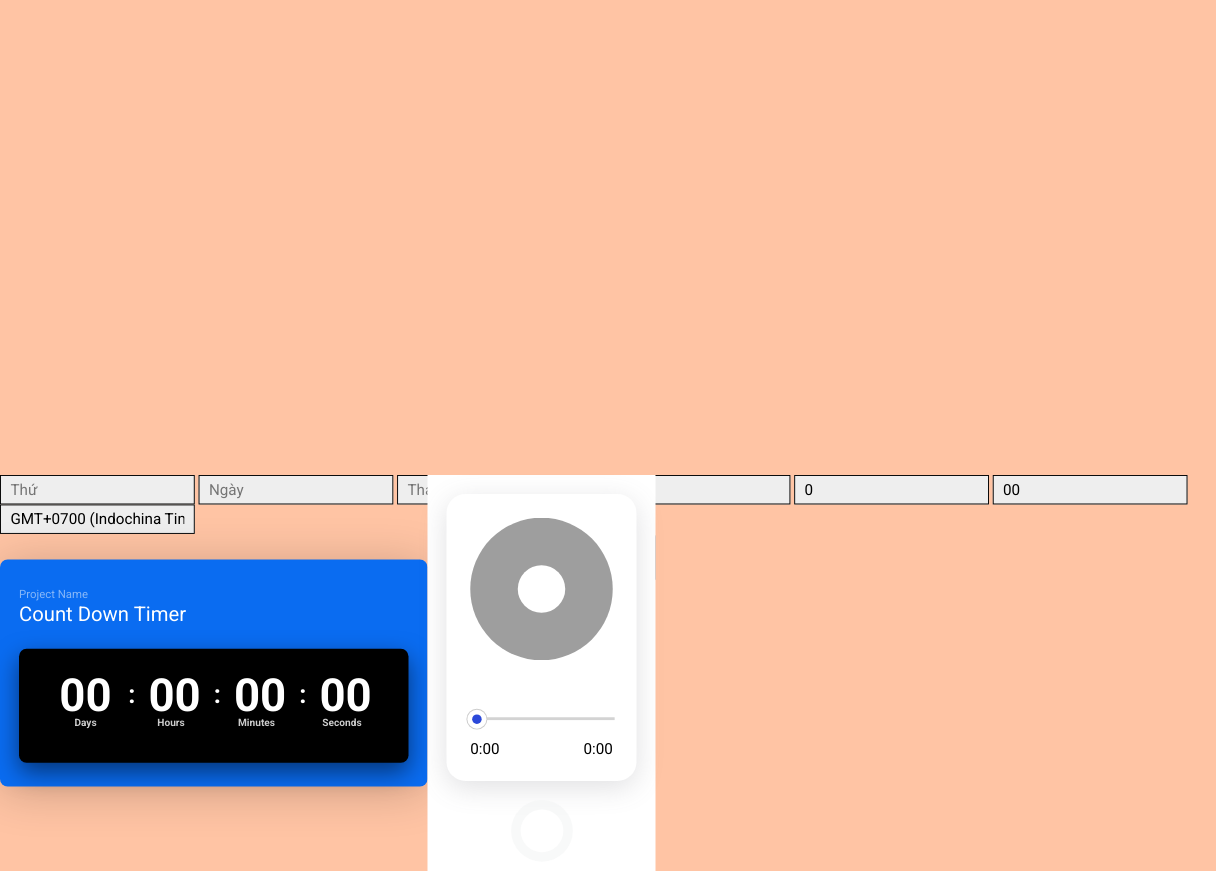
Repository: thuanpham00/CountDownTimer
Page: index.html
The author's editor kept a copy of each file at every save. The page is drawn from the files as they stood at one save, then again after the next save.
The browser window is 1280 px wide. The pictures show the whole page, at 95% of full size.
Pictures or frames that could not be fetched are drawn as grey boxes. The style sheet was rebuilt from its Sass, Less or Tailwind sources for each picture, by a compiler version that may differ from the author's.

Above is the page before, as saved 2023-09-27 15:29:34.

### index.html
<!DOCTYPE html>
<html lang="en">
    <head>
        <meta charset="UTF-8" />
        <meta name="viewport" content="width=device-width, initial-scale=1.0" />
        <title>Count Down</title>
        <link rel="preconnect" href="https://fonts.googleapis.com" />
        <link rel="preconnect" href="https://fonts.gstatic.com" crossorigin />
        <link
            href="https://fonts.googleapis.com/css2?family=Roboto:wght@300;400;500;700;900&display=swap"
            rel="stylesheet"
        />
        <link rel="stylesheet" href="./assets/css/main.css" />
    </head>
    <body>
        <div class="timer">
            <div class="timer-wrapper">
                <div>
                    <label class="timer-title">Project Name</label>
                    <label class="timer-name">Count Down Timer</label>
                </div>
                <div class="counter">
                    <div class="days">
                        <div class="value" id="days">00</div>
                        <span>Days</span>
                    </div>

                    <div class="hours">
                        <div class="value" id="hours">00</div>
                        <span>Hours</span>
                    </div>

                    <div class="minutes">
                        <div class="value" id="minutes">00</div>
                        <span>Minutes</span>
                    </div>

                    <div class="seconds">
                        <div class="value" id="seconds">00</div>
                        <span>Seconds</span>
                    </div>
                </div>
            </div>
            <div class="player">
                <div class="player-box">
                    <div class="player-media">
                        <img
                            src="https://cdn.dribbble.com/users/3960463/screenshots/14630140/media/c79331860d7ca1b97430a4888617f428.png?compress=1&resize=800x600"
                            alt=""
                            class="player-image"
                        />
                    </div>
                    <div class="progress">
                        <input
                            type="range"
                            id="progress-bar"
                            min="0"
                            max=""
                            value="0"
                            class="bar"
                        />
                        <audio src="./files/holo.mp3" id="song"></audio>
                    </div>
                    <div class="player-number">
                        <span class="player-remaining">0:00</span>
                        <span class="player-duration">0:00</span>
                    </div>
                </div>
                <div class="player-tool">
                    <i class="fa fa-backward player-prev"></i>
                    <i class="fa fa-play player-play"></i>
                    <i class="fa fa-forward player-next"></i>
                </div>
            </div>
        </div>
        <form class="form-timer">
            <input type="text" name="day" placeholder="Thứ" class="dayInput" />
            <input
                type="text"
                name="date"
                placeholder="Ngày"
                class="dateInput"
            />
            <input
                type="text"
                name="month"
                placeholder="Tháng"
                class="monthInput"
            />
            <input
                type="number"
                name="year"
                placeholder="Năm"
                value="2023"
                class="yearInput"
            />
            <input
                type="number"
                name="hour"
                placeholder="Giờ"
                class="hourInput"
                value="0"
            />
            <input
                type="number"
                name="minute"
                placeholder="Phút"
                class="minuteInput"
                value="00"
            />
            <input
                type="text"
                name="GMT"
                value="GMT+0700 (Indochina Time)"
                class="hourInput"
            />
            <button class="todo__submit" type="submit">Add</button>
        </form>
        <script src="./assets/js/main.js"></script>
    </body>
</html>

### assets/js/main.js
window.addEventListener("load", function () {
    const daysText = document.querySelector("#days");
    const hoursText = document.querySelector("#hours");
    const minutesText = document.querySelector("#minutes");
    const secondsText = document.querySelector("#seconds");

    function setTimer(
        dayInput,
        monthInput,
        dateInput,
        yearInput,
        hourInput,
        minuteInput,
        gmtInput
    ) {
        let currentTime = new Date().getTime();
        const endTime = new Date(
            yearInput,
            getMonthIndex(monthInput),
            dateInput,
            hourInput,
            minuteInput
        ).getTime();

        if (isNaN(endTime) || endTime - currentTime <= 0) return;
        setInterval(changeTimer, 500);
        changeTimer();

        function changeTimer() {
            let days, hours, minutes, seconds;
            const now = new Date();
            let startTime = now.getTime();
            let countDown = parseInt((endTime - startTime) / 1000);
            if (countDown > 0) {
                days = parseInt(countDown / 86400);
                countDown = countDown % 86400;
                hours = parseInt(countDown / 3600);
                countDown = countDown % 3600;
                minutes = parseInt(countDown / 60);
                countDown = countDown % 60;
                seconds = parseInt(countDown);

                daysText.textContent = `${days}`.slice(-2);
                hoursText.textContent = `${hours}`.slice(-2);
                minutesText.textContent = `${minutes}`.slice(-2);
                secondsText.textContent = `${seconds}`.slice(-2);
            }
        }

        function getMonthIndex(monthName) {
            const months = [
                "Jan",
                "Feb",
                "Mar",
                "Apr",
                "May",
                "Jun",
                "Jul",
                "Aug",
                "Sep",
                "Oct",
                "Nov",
                "Dec",
            ];
            return months.indexOf(monthName);
        }
    }

    const formTimer = document.querySelector(".form-timer");
    formTimer.addEventListener("submit", function (e) {
        e.preventDefault();
        const dayInput = this.elements["day"].value;
        const monthInput = this.elements["month"].value;
        const dateInput = parseInt(this.elements["date"].value);
        const yearInput = parseInt(this.elements["year"].value);
        const hourInput = parseInt(this.elements["hour"].value);
        const minuteInput = parseInt(this.elements["minute"].value);
        const gmtInput = this.elements["GMT"].value;
        setTimer(
            dayInput,
            monthInput,
            dateInput,
            yearInput,
            hourInput,
            minuteInput,
            gmtInput
        );
    });
});

### scss/main.scss
html,
body,
div,
span,
applet,
object,
iframe,
h1,
h2,
h3,
h4,
h5,
h6,
p,
blockquote,
pre,
a,
abbr,
acronym,
address,
big,
cite,
code,
del,
dfn,
em,
img,
ins,
kbd,
q,
s,
samp,
small,
strike,
strong,
sub,
sup,
tt,
var,
b,
u,
i,
center,
dl,
dt,
dd,
ol,
ul,
li,
fieldset,
form,
label,
legend,
table,
caption,
tbody,
tfoot,
thead,
tr,
th,
td,
article,
aside,
canvas,
details,
embed,
figure,
figcaption,
footer,
header,
hgroup,
menu,
nav,
output,
ruby,
section,
summary,
time,
mark,
audio,
video {
    margin: 0;
    padding: 0;
    border: 0;
    font-size: 100%;
    font: inherit;
    vertical-align: baseline;
}
/* HTML5 display-role reset for older browsers */
article,
aside,
details,
figcaption,
figure,
footer,
header,
hgroup,
menu,
nav,
section {
    display: block;
}
body {
    line-height: 1;
}
ol,
ul {
    list-style: none;
}
blockquote,
q {
    quotes: none;
}
blockquote:before,
blockquote:after,
q:before,
q:after {
    content: "";
    content: none;
}
table {
    border-collapse: collapse;
    border-spacing: 0;
}

*,
::after,
::before {
    box-sizing: border-box;
}

html {
    font-size: 62.5%;
}

body {
    font-size: 1.6rem;
    font-family: "Poppins", sans-serif;
}

input,
select,
textarea,
button {
    font-size: inherit;
    font-family: inherit;
}

$continer-color: #0a6cf1;
$continer-padding: 30px 20px 10px 20px;
body {
    font-family: "Roboto", sans-serif;
    background: #ffc4a4;
    user-select: none;
}

.timer {
    position: relative;
    // margin: auto;
    position: absolute;
    left: 0;
    display: flex;
    align-items: center;
    justify-content: center;
    min-height: 400px;

    &-wrapper {
        background-color: $continer-color;
        padding: $continer-padding;
        border-radius: 8px;
        color: #fff;
        min-width: 450px;
        box-shadow: 0 5px 50px rgba(0, 0, 0, 0.2);
    }

    label {
        display: block;
    }

    &-title {
        font-size: 9pt;
        opacity: 0.5;
    }

    &-name {
        font-size: 16pt;
        margin: 5px 0;
    }

    .counter {
        padding: 25px;
        margin: 25px 0 15px 0;
        background-color: #000;
        font-weight: 700;
        border-radius: 8px;
        box-shadow: 0 10px 25px rgba(0, 0, 0, 0.5);
        min-height: 120px;

        div {
            display: inline-block;
        }
        .days,
        .hours,
        .minutes,
        .seconds {
            width: 25%;
            float: left;
            text-align: center;
            .value {
                display: block;
                font-size: 36pt;
                width: 100%;
                display: block;
            }
            span {
                font-size: 8pt;
                opacity: 0.8;
                width: 100%;
                display: block;
            }
        }
        .hours::before,
        .minutes::before,
        .seconds::before {
            content: ":";
            float: left;
            font-size: 20pt;
            position: relative;
            margin-top: 10px;
            opacity: 0.7;
            animation: pink 1s ease-in-out infinite;
        }
    }
}

@keyframes pink {
    0% {
        opacity: 1;
    }
    50% {
        opacity: 0.5;
    }
    100% {
        opacity: 1;
    }
}

.form-timer {
    margin: 500px auto 0;
    max-width: 1500px;

    input {
        padding: 5px 10px;
        outline: none;
        background: #eee;
        border: 1px solid #000;
    }

    button {
        width: 100px;
        height: 50px;
        display: block;
        margin: 0 auto;
    }
}

.player {
    background-color: white;
    padding: 20px;
}

.player-box {
    box-shadow: rgba(100, 100, 111, 0.2) 0px 7px 29px 0px;
    padding: 25px;
    display: flex;
    align-items: center;
    justify-content: center;
    flex-direction: column;
    text-align: center;
    border-radius: 20px;
    max-width: 300px;
    margin: 0 auto 30px;
}

.player-media {
    position: relative;
    width: 150px;
    height: 150px;
    border-radius: 100rem;
    margin-bottom: 25px;
}
.player-media:before {
    content: "";
    width: 50px;
    height: 50px;
    background-color: white;
    border-radius: 100px;
    position: absolute;
    top: 50%;
    left: 50%;
    transform: translate(-50%, -50%);
    z-index: 10;
}

.player-image {
    width: 100%;
    height: 100%;
    object-fit: cover;
    border-radius: inherit;
}

.player-image.is-playing {
    animation: rotate 10s forwards infinite linear;
}

@keyframes rotate {
    to {
        transform: rotate(360deg);
    }
}

.progress {
    margin-bottom: 20px;
    margin-top: 25px;
}

.player-number {
    display: flex;
    justify-content: space-between;
    align-items: center;
    width: 100%;
}

.player-tool {
    display: flex;
    justify-content: center;
    align-items: center;
}

.player-play {
    color: #2b48d9;
    width: 45px;
    height: 45px;
    border-radius: 100rem;
    display: flex;
    justify-content: center;
    align-items: center;
    cursor: pointer;
    background-color: white;
    box-shadow: 0 0 0 10px rgba(242, 243, 244, 0.5);
    font-size: 16px;
    margin: 0 30px;
}

.player-next,
.player-prev {
    cursor: pointer;
    font-size: 16px;
}

.progress {
    width: 100%;
    position: relative;
}

.bar {
    -webkit-appearance: none;
    width: 100%;
    height: 3px;
    background: #d3d3d3;
    outline: none;
    -webkit-transition: 0.2s;
    transition: opacity 0.2s;
}

.bar::-webkit-slider-thumb {
    -webkit-appearance: none;
    appearance: none;
    width: 10px;
    height: 10px;
    border-radius: 100rem;
    background-color: #2b48d9;
    box-shadow: 0 0 0 5px white, 0 0 0 6px #ccc;
}

/* .bar::-webkit-slider-thumb chọn phần tử con của phần tử có lớp bar mà là "thumb" của thanh trượt (slider)
 dành cho trình duyệt WebKit (chẳng hạn như Safari hoặc Chrome).

.bar::-moz-range-thumb chọn phần tử con của phần tử có lớp bar mà là "thumb" của
thanh trượt (slider) dành cho trình duyệt Firefox (Mozilla).
*/

.bar::-moz-range-thumb {
    cursor: pointer;
    width: 10px;
    height: 10px;
    border-radius: 100rem;
    background-color: #2b48d9;
    box-shadow: 0 0 0 5px white, 0 0 0 6px #ccc;
}

After the next save:
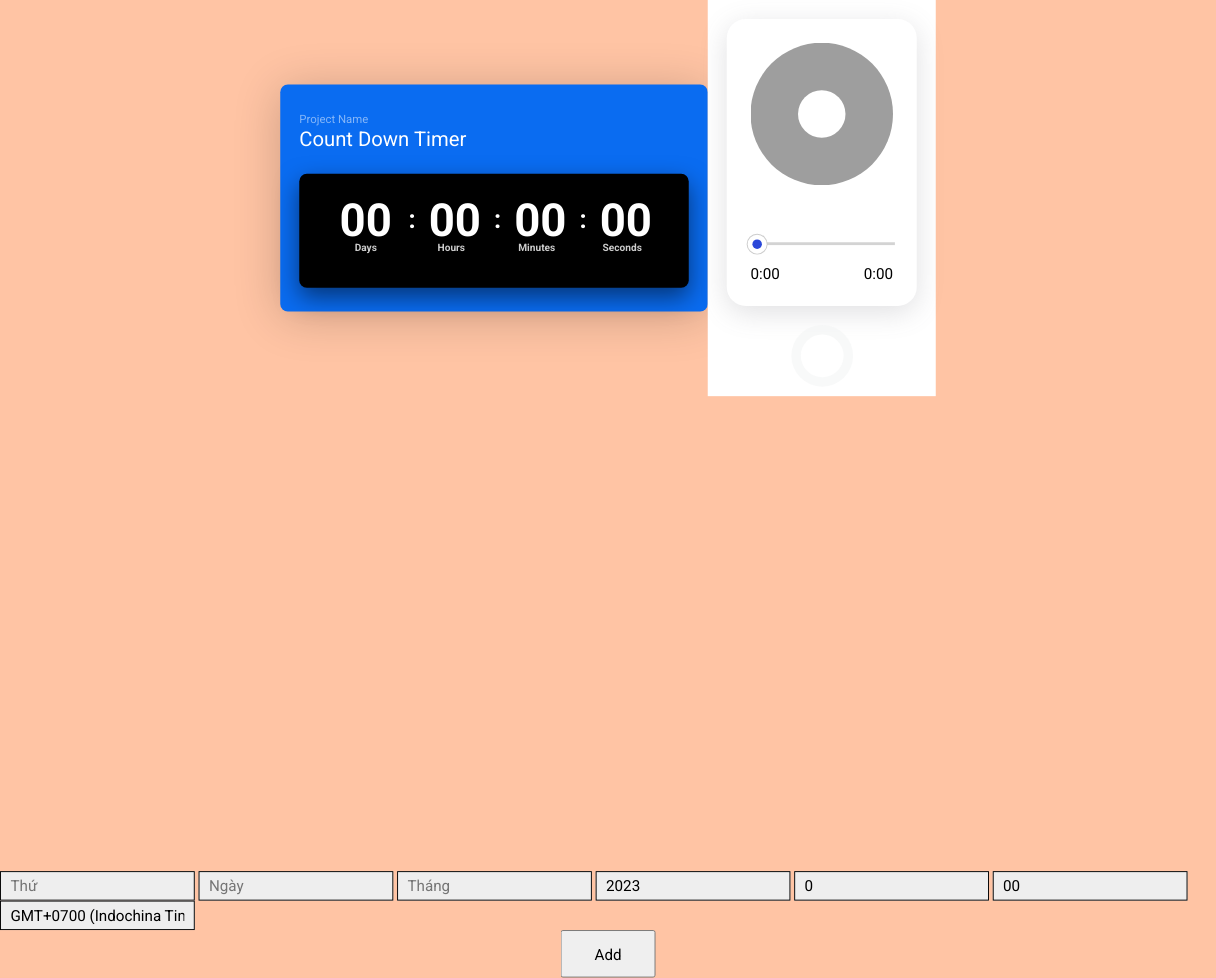
Saved 5 s later.
--- a/scss/main.scss
+++ b/scss/main.scss
@@ -156,8 +156,6 @@ body {
 
 .timer {
     position: relative;
-    // margin: auto;
-    position: absolute;
     left: 0;
     display: flex;
     align-items: center;
